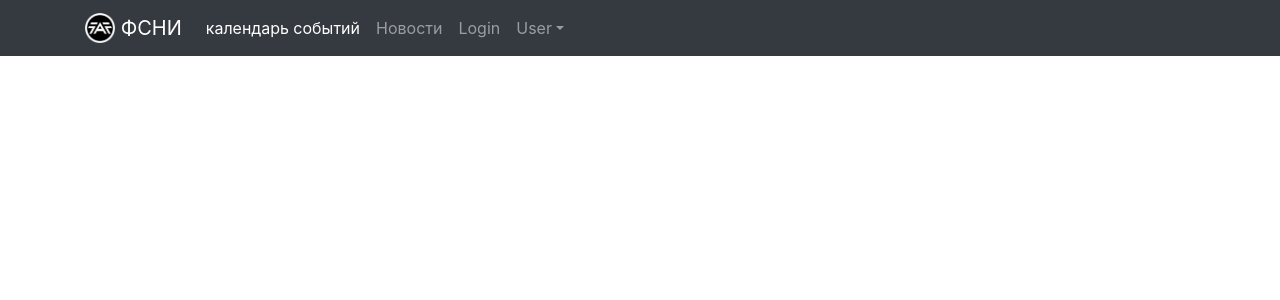
Repository: alexey1986/fsni_test
Page: /news
The author's editor kept a copy of each file at every save. The page is drawn from the files as they stood at one save, then again after the next save.
The browser window is 1280 px wide. The pictures show the whole page.
The project was rebuilt for these pictures with package versions that can differ from the ones it lists, and the page was loaded fresh each time. Also part of the build but not shown: src/components/home/home.jsx.

Above is the page before, as saved 2020-08-27 20:55:56.

### src/App.js
import React from 'react';
import { BrowserRouter as Router, Link, NavLink, Route } from "react-router-dom";
import { Container, Navbar, Nav, NavDropdown } from 'react-bootstrap';
import Home from './components/home/home';
import logo from './logo.png';

function App() {
  return (
    <Router>
      <Navbar bg="dark" expand="lg" variant="dark" sticky="top" >
        <Container>
          <Navbar.Brand as={Link} to='/'>
            <img
              alt=""
              src={logo}
              width="30"
              height="30"
              className="d-inline-block align-top"
            />{' '}
            ФСНИ
          </Navbar.Brand>
          <Navbar.Toggle aria-controls="basic-navbar-nav" />
          <Navbar.Collapse id="basic-navbar-nav">
            <Nav className="mr-auto" >
              <Nav.Link as={NavLink} to='/news'>календарь событий</Nav.Link>
              <Nav.Link as={NavLink} to='/articles'>Новости</Nav.Link>
              <Nav.Link>Login</Nav.Link>
              <NavDropdown title="User" id="basic-nav-dropdown">
                <NavDropdown.Item as={NavLink} to='/profile'>Profile</NavDropdown.Item>
                <NavDropdown.Item as={NavLink} to='/actions'>Actions</NavDropdown.Item>
              </NavDropdown>
            </Nav>
          </Navbar.Collapse>
        </Container>
      </Navbar>
      <Route path="/" exact component={Home} />
      {/* <Route path="/news" exact component={News} />
      <Route path="/articles" exact component={Articles} /> */}
    </Router>
  );
}

export default App;

Loaded but not shown: public/index.html (common file); src/index.js (common file); src/serviceWorker.js (common file)

After the next save:
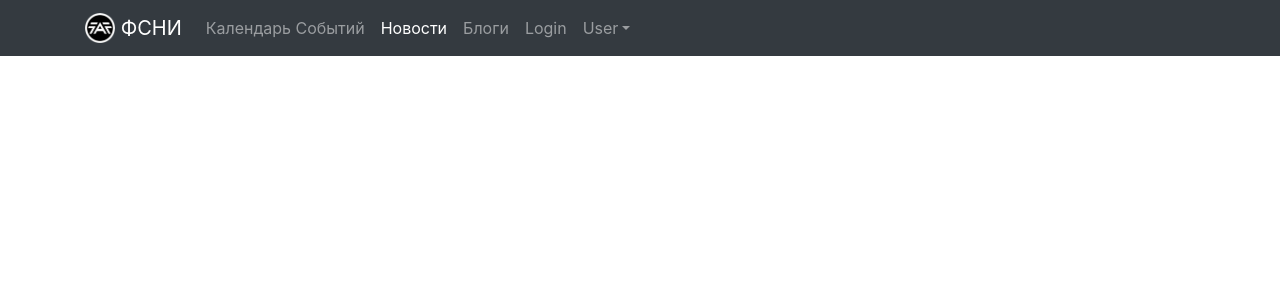
Saved 30 s later.
--- a/src/App.js
+++ b/src/App.js
@@ -22,8 +22,9 @@ function App() {
           <Navbar.Toggle aria-controls="basic-navbar-nav" />
           <Navbar.Collapse id="basic-navbar-nav">
             <Nav className="mr-auto" >
-              <Nav.Link as={NavLink} to='/news'>календарь событий</Nav.Link>
-              <Nav.Link as={NavLink} to='/articles'>Новости</Nav.Link>
+              <Nav.Link as={NavLink} to='/calendar'>Календарь Событий</Nav.Link>
+              <Nav.Link as={NavLink} to='/news'>Новости</Nav.Link>
+              <Nav.Link as={NavLink} to='/blogs'>Блоги</Nav.Link>
               <Nav.Link>Login</Nav.Link>
               <NavDropdown title="User" id="basic-nav-dropdown">
                 <NavDropdown.Item as={NavLink} to='/profile'>Profile</NavDropdown.Item>
